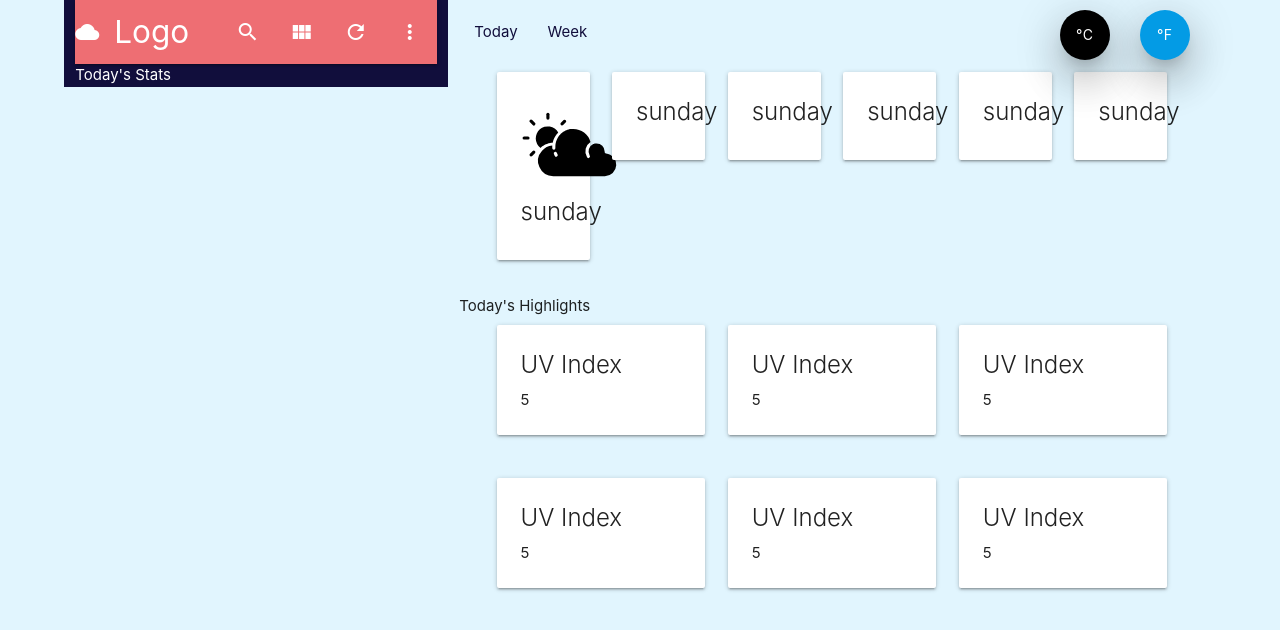
Repository: latenightsnacc/Static-Web-Projects
Page: weather-app/index.html
The author's editor kept a copy of each file at every save. The page is drawn from the files as they stood at one save, then again after the next save.
The browser window is 1280 px wide. The pictures show the whole page.
The style sheet was rebuilt from its Sass, Less or Tailwind sources for each picture, by a compiler version that may differ from the author's.

Above is the page before, as saved 2020-07-14 11:49:18.

After the next save:
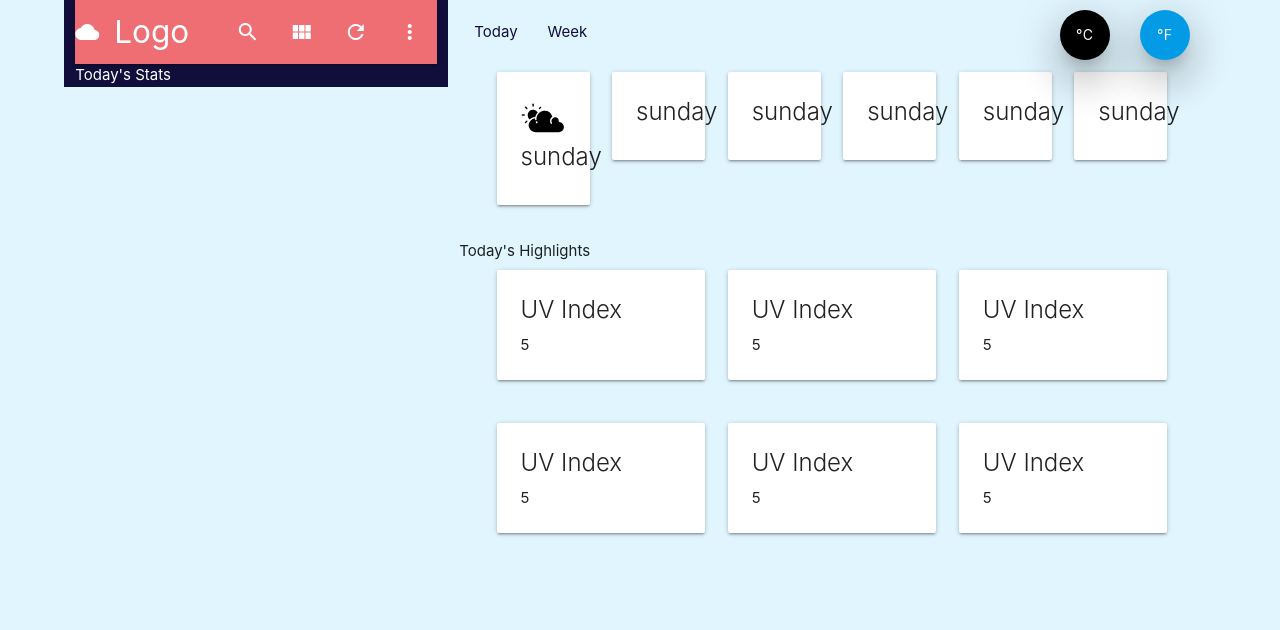
Saved 25 s later.
--- a/weather-app/styles/stylesheet.scss
+++ b/weather-app/styles/stylesheet.scss
@@ -20,10 +20,10 @@
     }
 }
 .weather-icon {
-    svg{
-        height: 100px;
+    #Layer_1{
+
         background-color: transparent;
-        border: 0;
+
     }
 }
 .btn {
